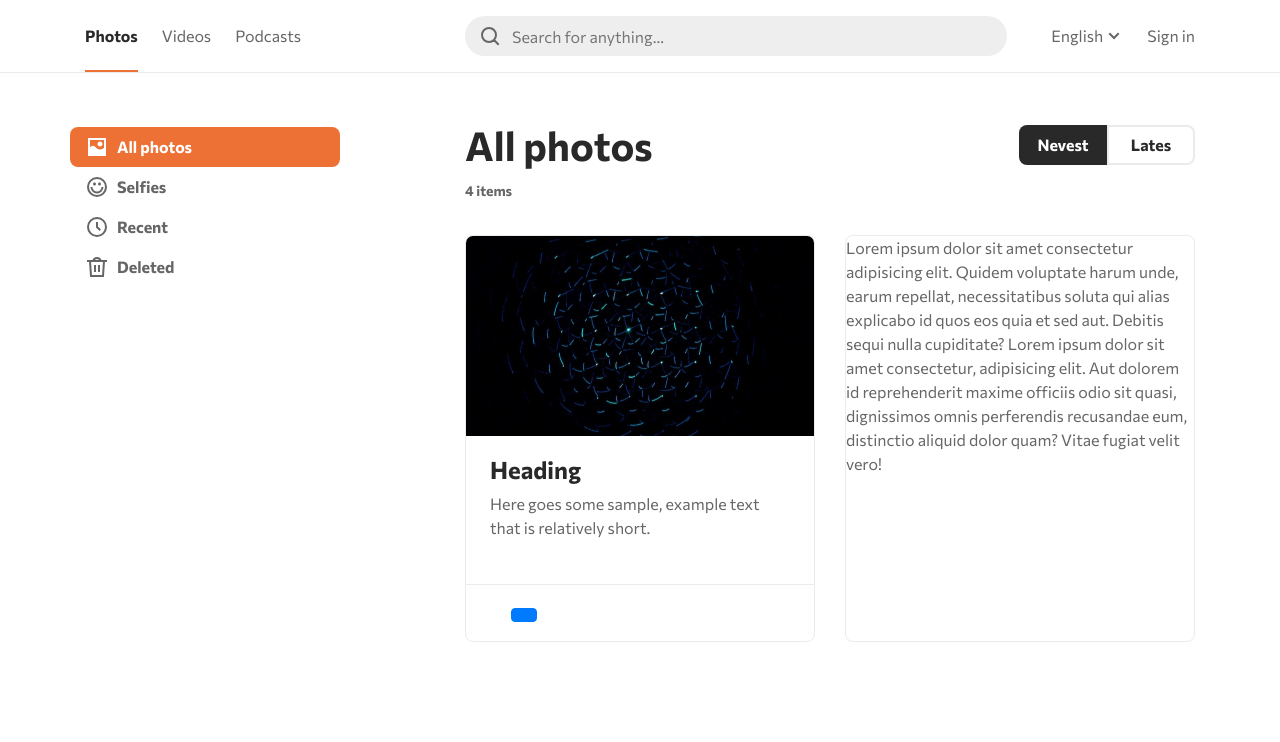
Repository: densavi/djinni
Page: index.html
These files come from the project's save history. The page is drawn as it stood at one moment and after the next save; the edit follows.
The browser window is 1280 px wide. The pictures show the whole page.
The style sheet was rebuilt from its Sass, Less or Tailwind sources for each picture, by a compiler version that may differ from the author's.

Above is the page before, as saved 2023-04-11 00:18:44.

After the next save:
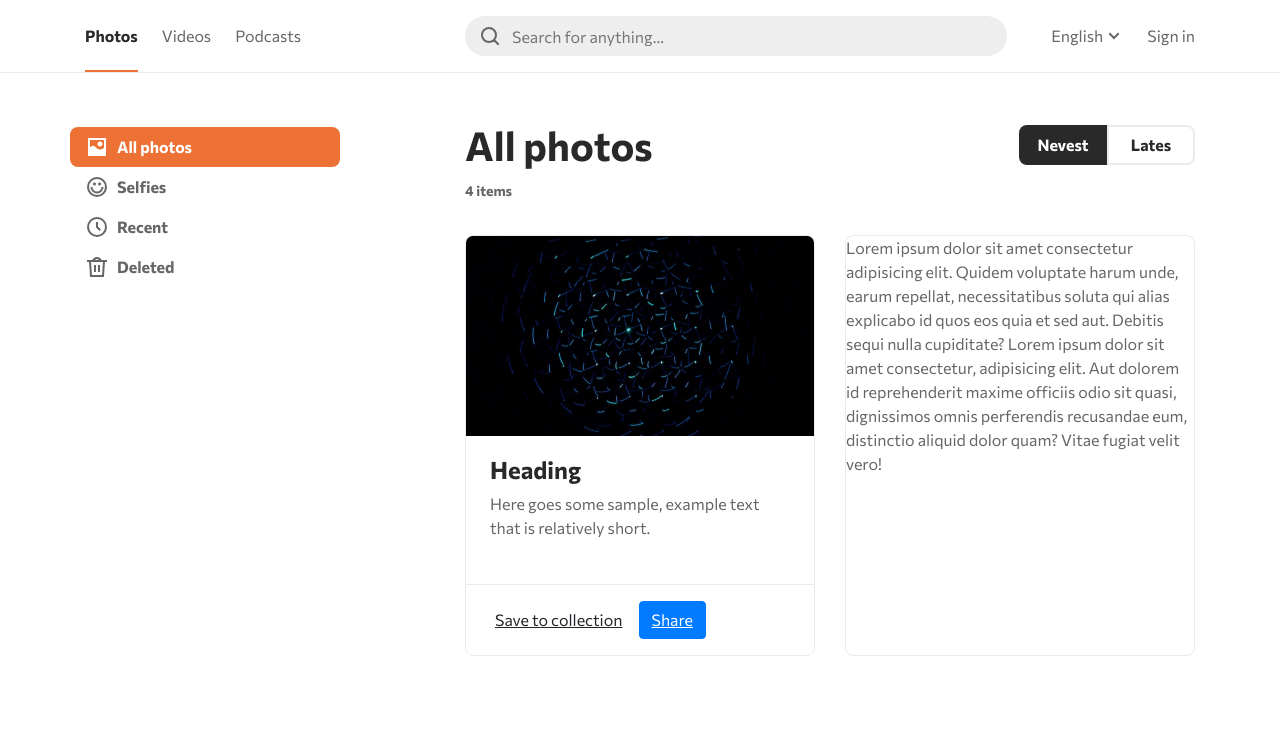
Saved 9 s later.
--- a/index.html
+++ b/index.html
@@ -129,8 +129,8 @@
                             <p class="post__descr">Here goes some sample, example text that is relatively short.</p>
                           </div>
                           <div class="post__buttons">
-                            <a href="#" class="btn"></a>
-                            <a href="#" class="btn btn-primary"></a>
+                            <a href="#" class="btn">Save to collection</a>
+                            <a href="#" class="btn btn-primary">Share</a>
                           </div>
                         </div>
                       </div>
